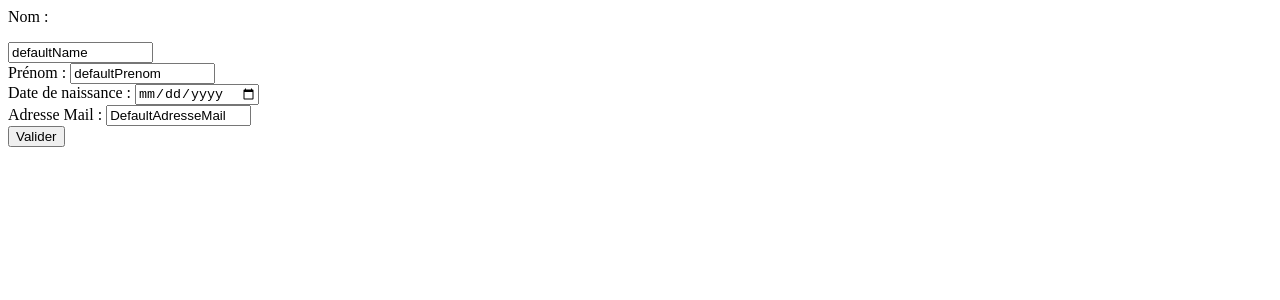
Repository: mikafouenski/JEE
Page: http://localhost/Myapp/edition.jsp
These files come from the project's save history. The page is drawn as it stood at one moment and after the next save; the edit follows.
The browser window is 1280 px wide. The pictures show the whole page.
The page is served by Tomcat 9.

Above is the page before, as saved 2017-10-11 14:08:41.

After the next save:
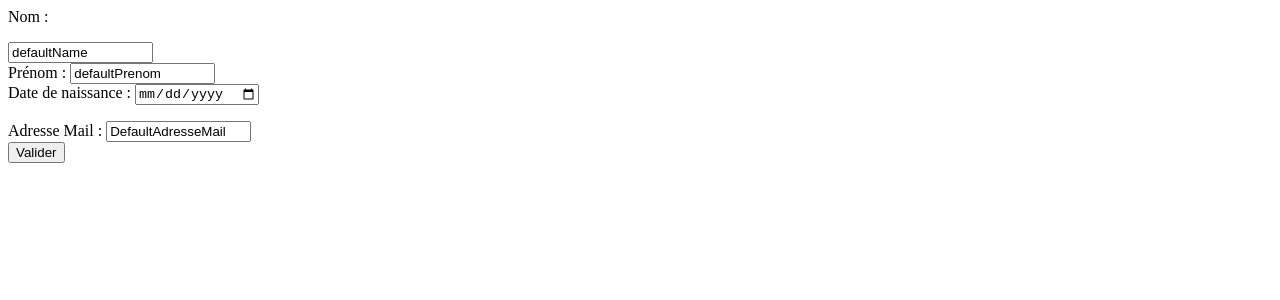
Saved 9 s later.
--- a/Myapp/WebContent/edition.jsp
+++ b/Myapp/WebContent/edition.jsp
@@ -24,7 +24,7 @@
 
    <label>Date de naissance : </label>
     <input type="date" name="date" size="15" value=<jsp:getProperty name="person" property="dateNaissance"/>><br/>
-
+	<p><jsp:getProperty name="excep" property="emailValide"/></p>
   <label>Adresse Mail  : </label>
     <input type="text" name="mail" size="15" value=<jsp:getProperty name="person" property="adressMail"/>><br/>
 
